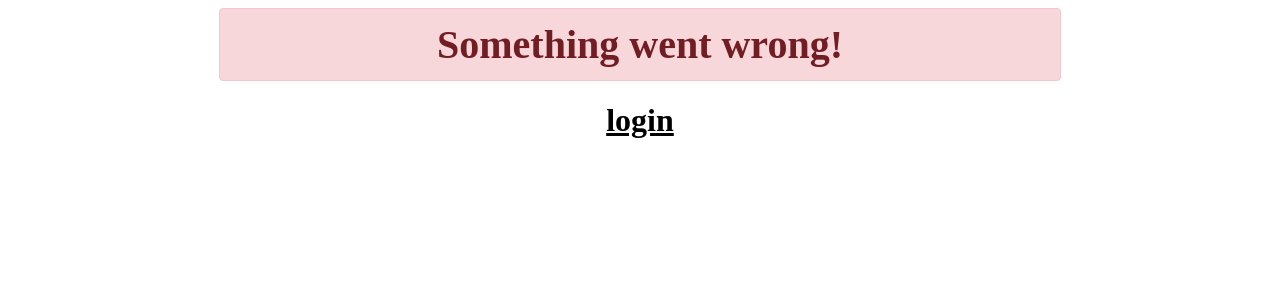
Repository: SavalaramRedkar/SupermarketManagementSystem-Java
Page: http://localhost/Supermarket_Management_System/error.jsp
These files come from the project's save history. The page is drawn as it stood at one moment and after the next save; the edit follows.
The browser window is 1280 px wide. The pictures show the whole page.
The page is served by Tomcat 9. Other server files are loaded and not shown.

Above is the page before, as saved 2021-03-14 15:16:02.

### Supermarket Management System/WebContent/error.jsp
<%@page isErrorPage="true"%>
<!DOCTYPE html PUBLIC "-//W3C//DTD HTML 4.01 Transitional//EN" "http://www.w3.org/TR/html4/loose.dtd">
<html>
<style>
body {
	background-color: #fff;
}

h1 {
	color: black;
	text-align: center;
}

a {
	color: black;
}

.alert {
    position: relative;
    padding: .75rem 1.25rem;
    /* margin-bottom: 1rem; */
    margin: auto;
    border: 1px solid transparent;
    border-radius: .25rem;
    width: 800px;
}

.alert-danger {
    color: #721c24;
    background-color: #f8d7da;
    border-color: #f5c6cb;
}
</style>
<head>
<meta http-equiv="Content-Type" content="text/html; charset=ISO-8859-1">
<title>Error</title>
</head>
<body>
	<h1 style="font-size: 40px;" class="alert alert-danger">Something went wrong!</h1>
	<h1>
		<a href="login.jsp">login</a>
	</h1>
</body>
</html>

After the next save:
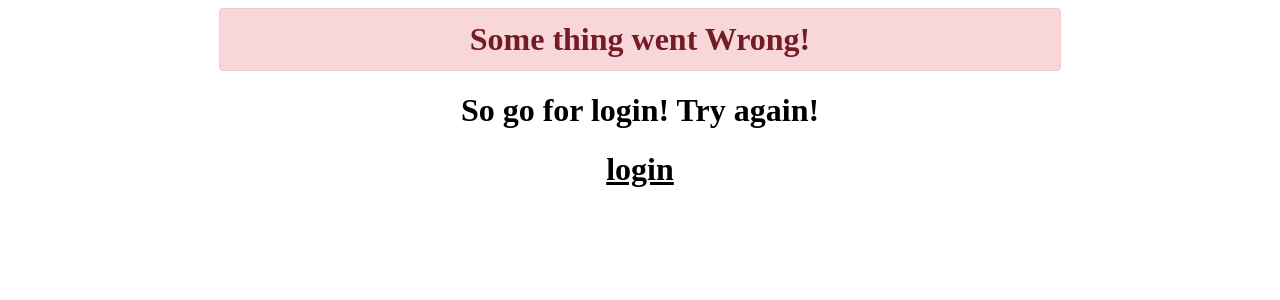
Saved 108 s later.
--- a/Supermarket Management System/WebContent/error.jsp
+++ b/Supermarket Management System/WebContent/error.jsp
@@ -36,7 +36,8 @@ a {
 <title>Error</title>
 </head>
 <body>
-	<h1 style="font-size: 40px;" class="alert alert-danger">Something went wrong!</h1>
+	<h1 class="alert alert-danger">Some thing went Wrong!</h1>
+	<h1>So go for login! Try again!</h1>
 	<h1>
 		<a href="login.jsp">login</a>
 	</h1>
